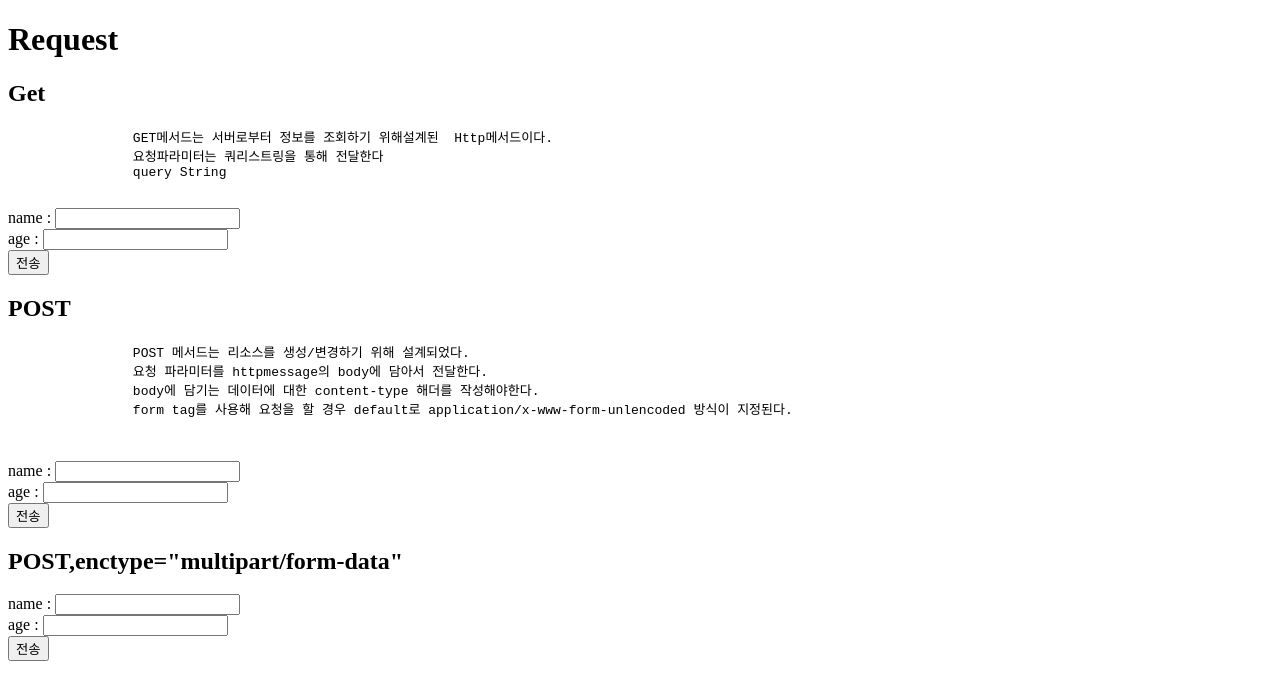
Repository: vaynel/StudyFile
Page: H_spring/spring04_servlet/WebContent/a_request.html
The author's editor kept a copy of each file at every save. The page is drawn from the files as they stood at one save, then again after the next save.
The browser window is 1280 px wide. The pictures show the whole page.

Above is the page before, as saved 2023-01-18 02:30:13.

### H_spring/spring04_servlet/WebContent/a_request.html
<!DOCTYPE html>
<html>
<head>
<meta charset="UTF-8">
<title>Insert title here</title>
</head>
<body>

	<h1>Request</h1>
	<h2>Get</h2>
	<pre>
		GET메서드는 서버로부터 정보를 조회하기 위해설계된  Http메서드이다.
		요청파라미터는 쿼리스트링을 통해 전달한다
		query String
	</pre>
	<form action="/srping04_servlet/req">
		<label>name : <input type="text" name="name"></label><br>
	    <label>age : <input type="number" name="age"></label><br>
	    <button>전송</button>
	</form>

	<h2>POST</h2>
	<pre>
		POST 메서드는 리소스를 생성/변경하기 위해 설계되었다.
		요청 파라미터를 httpmessage의 body에 담아서 전달한다.
		body에 담기는 데이터에 대한 content-type 해더를 작성해야한다.
		form tag를 사용해 요청을 할 경우 default로 application/x-www-form-unlencoded 방식이 지정된다.

	</pre>
	<form action="/spring04_servlet/req" mothod="post">
    	<label>name : <input type="text" name="name"></label><br>
	    <label>age : <input type="number" name="age"></label><br>
	    <button>전송</button>
	</form>

	<h2>POST,enctype="multipart/form-data"</h2>
	<form action="/spring04_servlet/req" mothod="post" enctype="multipart/form-data">
		<label>name : <input type="text" name="name"></label><br>
	    <label>age : <input type="number" name="age"></label><br>
	    <button>전송</button>

	</form>


</body>
</html>

After the next save:
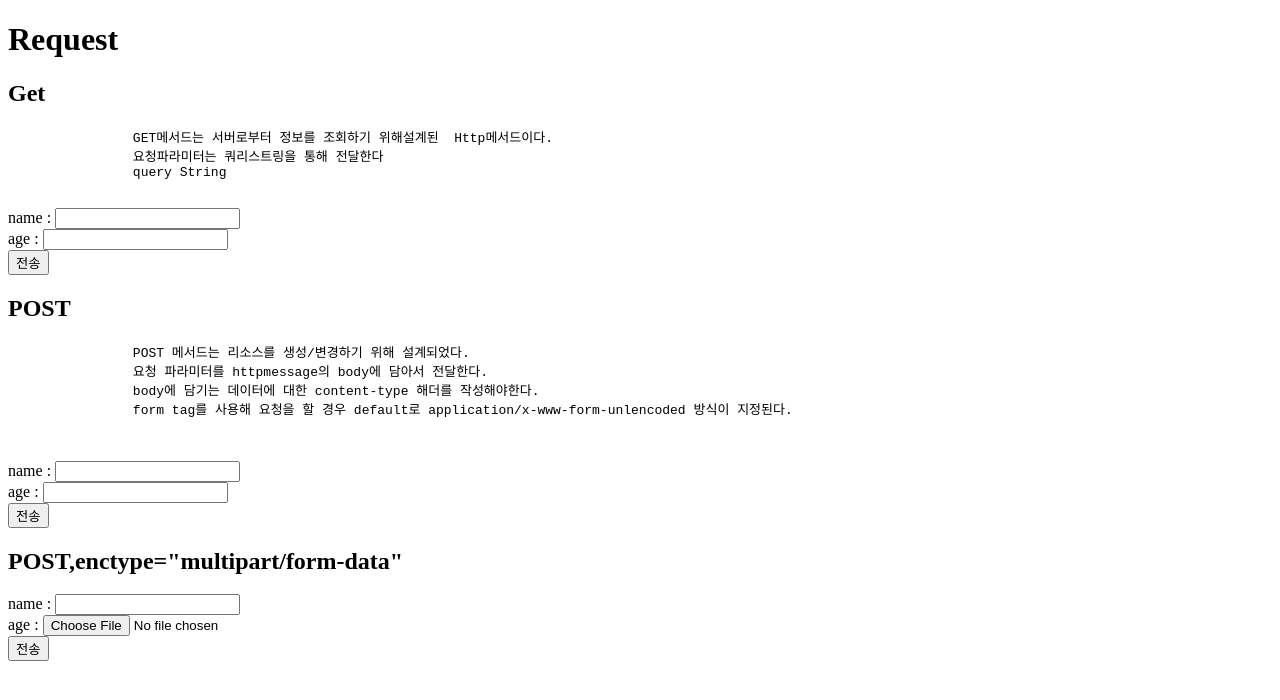
Saved 78 s later.
--- a/H_spring/spring04_servlet/WebContent/a_request.html
+++ b/H_spring/spring04_servlet/WebContent/a_request.html
@@ -36,7 +36,7 @@
 	<h2>POST,enctype="multipart/form-data"</h2>
 	<form action="/spring04_servlet/req" mothod="post" enctype="multipart/form-data">
 		<label>name : <input type="text" name="name"></label><br>
-	    <label>age : <input type="number" name="age"></label><br>
+	    <label>age : <input type="file" name="file"></label><br>
 	    <button>전송</button>
 
 	</form>
